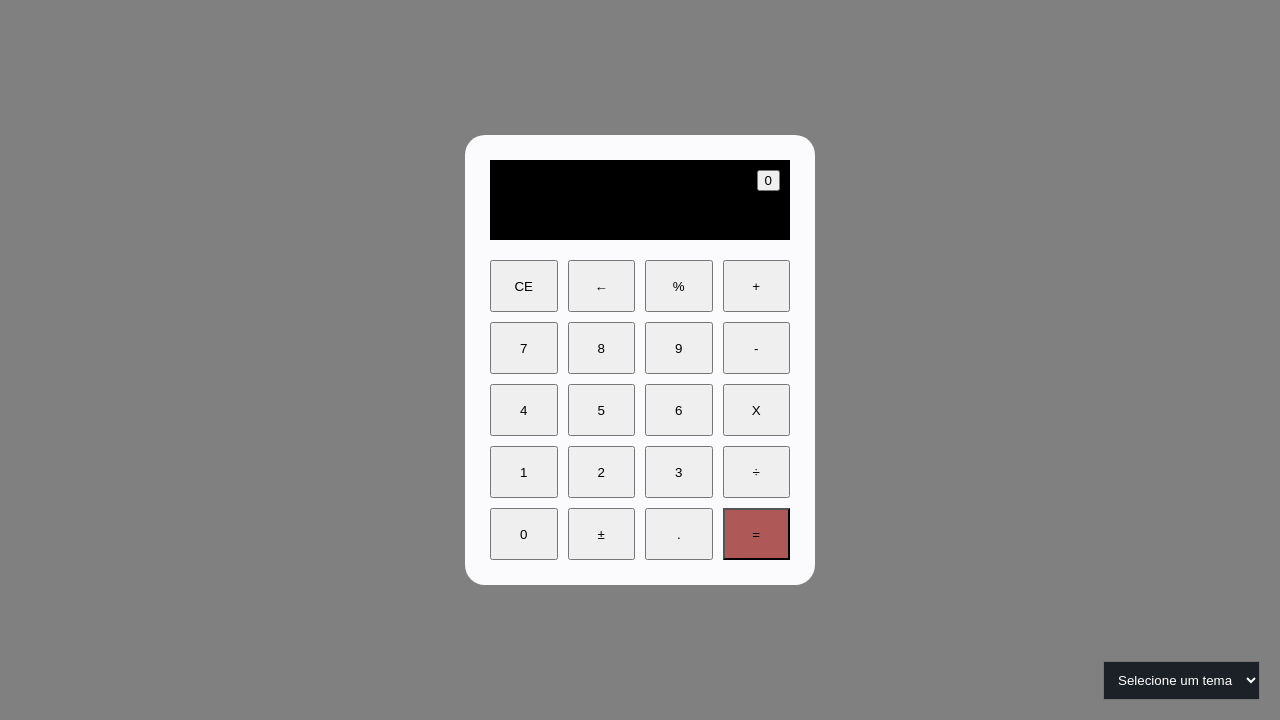
Repository: thislucasme/changing-theme-color-html-css-js
Page: index.html
An editor plug-in stored every save of this project. The page is shown before and after the next save, followed by the edit.
The browser window is 1280 px wide. The pictures show the whole page.

Above is the page before, as saved 2022-06-29 16:15:32.

### index.html
<!DOCTYPE html>
<html lang="pt_BR">

<head>
    <meta charset="UTF-8">
    <meta http-equiv="X-UA-Compatible" content="IE=edge">
    <meta name="viewport" content="width=device-width, initial-scale=1.0">
    <title>Atividade 22 - Calculadora Javascript</title>
    <link href="css/estilo.css" rel="stylesheet"/>
</head>

<body>
    <div class="calculadora">
        <div class="painel">
            <div class="operacao"></div>
            <div class="resultado"></div>
            <button id="resultado" name="resultado">0</button>
        </div>

        <div class="botoes">
            <button class="botao" id="apagar" onclick="limpar(0)">CE</button>
            <button class="botao" id="apagar" onclick="apagarUltimo()">&#8592;</button>
            <button class="botao" id="porcentagem" onclick="porcentagem()">%</button>
            <button class="botao" id="soma" onclick="verificarSinal('+')">+</button>
            <button class="botao" id="sete" onclick="pegarNumero(7)">7</button>
            <button class="botao" id="oito" onclick="pegarNumero(8)">8</button>
            <button class="botao" id="nove" onclick="pegarNumero(9)">9</button>
            <button class="botao" id="subtrair" onclick="verificarSinal('-')">-</button>
            <button class="botao" id="quatro" onclick="pegarNumero(4)">4</button>
            <button class="botao" id="cinco" onclick="pegarNumero(5)">5</button>
            <button class="botao" id="seis" onclick="pegarNumero(6)">6</button>
            <button class="botao" id="multiplicar" onclick="verificarSinal('x')">X</button>
            <button class="botao" id="um" onclick="pegarNumero(1)">1</button>
            <button class="botao" id="dois" onclick="pegarNumero(2)">2</button>
            <button class="botao" id="3" onclick="pegarNumero(3)">3</button>
            <button class="botao" id="dividir" onclick="verificarSinal('/')">&#247;</button>
            <button class="botao" id="0" onclick="pegarNumero(0)">0</button>
            <button class="botao" id="mais/menos" onclick="mudarSinal()">&#177;</button>
            <button class="botao" id="virgula" onclick="colocarPonto()">.</button>
            <button class="botao" id="igual" onclick="darResultado()">=</button>
        </div>
    </div>
    <select name="tema" id="tema" >
        <option value="t">Selecione um tema</option>
        <option value="tema-1">Tema 1</option>
        <option value="tema-2">Tema 2</option>
        <option value="tema-3">Tema 3</option>
        <option value="tema-4">Tema 4</option>
        <option value="tema-5">Tema 5</option>
    </select>
</body>

<script src="js/script.js" ></script>

</html>

### css/estilo.css
body {
    background-color: grey;
}

html {
    margin: 0;
    padding: 0;
    height: 100vh;
    display: flex;
    justify-content: center;
    align-items: center;
}

.theme-light {
    --color-primary: #0060df;
    --color-secondary: #fbfbfe;
    --color-accent: #fd6f53;
    --font-color: #000000;
    --display-color: #000000;
    --cor-botao-igual: rgb(210, 241, 33);
}

.theme-dark {
    --color-primary: #17ed90;
    --color-secondary: #243133;
    --color-accent: #12cdea;
    --font-color: #ffffff;
    --display-color: #000000;
    --cor-botao-igual: rgb(238, 61, 61);
}

.calculadora {
    width: 300px;
    height: 400px;
    background-color: var(--color-secondary);
    border-radius: 20px;
    padding: 25px;
    display: flex;
    flex-direction: column;

}

#igual {
    background-color: rgb(175, 88, 88);
}



.painel {
    height: 80px;
    width: 100%;
    background-color: var(--display-color);
    margin-bottom: 20px;
    font-family: 'LCDMono2 Bold', monospace;
    color: rgba(0, 0, 0, 0.6);
    text-shadow: 4px 4px 3px rgb(0 0 0 / 30%);
    padding: 10px;
    box-sizing: border-box;
    text-align: right;
}

.painel .operacao {
    font-size: 1.5rem;
}

.painel .resultado {
    font-size: 2.5rem;
}

.botoes {

    display: grid;
    grid-template-columns: repeat(4, 1fr);
    grid-template-rows: repeat(5, 1fr);
    gap: 10px;
    flex: 1;
}

.botoes a {

    background-color: #666;
    text-decoration: none;
    color: black;
    text-align: center;
    font-size: 1.5em;
    display: flex;
    justify-content: center;
    align-items: center;
}

.btn-igual {
    grid-row-start: 4;
    grid-row-end: 6;
    grid-column-start: 4;

}

.btn-c {
    grid-column-start: 1;
    grid-column-end: 3;
}

.btn-0 {
    grid-column-start: 1;
    grid-column-end: 3;
}

#tema {
    background-color: rgb(28, 32, 39);
    color: white;
    padding: 10px;
    position: fixed;
    bottom: 20px;
    right: 20px;
}

#tema>option:hover {
    box-shadow: 0 0 10px 100px #a86218 inset;

}

.tema-1 {
    background-color: grey;
}

.tema-1 .botoes a {
    background-color: aquamarine;
    box-shadow: #666;
}

.tema-2 {
    background-color: red;
}

.tema-3 {
    background-color: azul;
}

.tema-4 {
    background-color: aquamarine;
}

@font-face {
    font-family: 'LCDMono2 Bold';
    font-style: normal;
    font-weight: normal;
    src: local('LCDMono2 Bold'), url('../fonts/LCDM2B__.woff') format('woff');
}

### js/script.js
const nmrTela = document.getElementById("resultado")
var valoresEspaco = '';
var valores = []
window.addEventListener("keydown", teclado);



function pegarNumero(numero) {
    if (nmrTela.innerHTML == "0") {
        nmrTela.innerHTML = numero
    }
    else {
        nmrTela.innerHTML += `${numero}`
    }
}

function verificarSinal(sinal) {
    if (valores.length <= 1) {
        valoresEspaco = nmrTela.innerHTML.split(' ')
        valores.push(parseFloat(nmrTela.innerHTML))
        nmrTela.innerHTML += ` ${sinal} `
        valores.push(sinal)
    }
}

function porcentagem() {
    var caracteres = nmrTela.innerHTML.split(' ')
    console.log(caracteres.length, caracteres)
    if (caracteres.length == 3) {
        var valorPorCento = parseFloat(caracteres[2]) / 100
        var caracteresValor2 = caracteres[2].split('')
        if (caracteresValor2.length != 0) {
            if (caracteresValor2[caracteresValor2.length - 1] != "%") {
                nmrTela.innerHTML += '%'
            }
            valores.push(valorPorCento)
        }
    }
}

function colocarPonto() {
    var caracteresDaConta = []
    var caracteresValor1 = []
    var caracteresValor2 = []
    caracteresDaConta.push(nmrTela.innerHTML.trim().split(' '))//separa entre valor 1, operação e valor2
    caracteresValor1.push(caracteresDaConta[0][0].split(''))//separa cada caractere do valor 1

    if (caracteresDaConta[0].length == 3) {
        caracteresValor2.push(caracteresDaConta[0][2].split(''))//se exister 3 posições, separa cada caractere do valor 2
        verificarSeExistePonto(caracteresValor2)
    }

    verificarSeExistePonto(caracteresValor1)

    function verificarSeExistePonto(caracteresValor) {
        for (let i in caracteresValor[0]) {
            if (caracteresValor[0][i] == '.') {
                var acumuladora = '.'
            }
        }

        if (!(acumuladora == '.')) {
            nmrTela.innerHTML += '.'
        }
    }
}

function mudarSinal() {
    const caracteresDaConta = nmrTela.innerHTML.trim().split(' ')
    let caracteresValor1 = caracteresDaConta[0].split('')
    let valor1 = ''
    let valor2 = ''

    if (caracteresDaConta.length == 3) {
        var caracteresValor2 = caracteresDaConta[2].split('')

        if (caracteresValor2[0] == '-') {
            caracteresValor2.shift()
            imprimirValor(caracteresValor2, valor2, caracteresDaConta)
        }
        else {
            caracteresValor2.unshift('-')
            imprimirValor(caracteresValor2, valor2, caracteresDaConta);
        }
    }

    if (valores.length == 0) {
        if (caracteresValor1[0] == "-") {
            caracteresValor1.shift()
            imprimirValor(caracteresValor1, valor1)
        }
        else {
            caracteresValor1.unshift('-')
            imprimirValor(caracteresValor1, valor1)
        }
    }

    function imprimirValor(caracteresValor, valorNumero, caracteresConta) {
        caracteresValor.forEach(valor => {
            valorNumero += valor;
        })
        if (caracteresConta != undefined) {
            nmrTela.innerHTML = `${caracteresConta[0]} ${caracteresConta[1]} ${valorNumero}`
        }
        else {
            nmrTela.innerHTML = valorNumero
        }
    }
}

function darResultado() {
    var resultado = 0
    var operacao = valores[1]
    if (operacao == '-') {
        tratarResultado('-')
    }
    else if (operacao == '+') {
        tratarResultado('+')
    }
    else if (operacao == 'x') {
        tratarResultado('*')
    }
    else if (operacao == '/') {
        tratarResultado('/')
    }
    valores.splice(0, 3)

    function tratarResultado(operacao) {
        valoresEspaco = nmrTela.innerHTML.split(' ')
        valores.push(valoresEspaco[2])
        switch (operacao) {
            case '-':
                resultado = parseFloat(valores[0]) - parseFloat(valores[2])
                limpar(resultado)
                break;
            case '+':
                resultado = parseFloat(valores[0]) + parseFloat(valores[2])
                limpar(resultado)
                break;
            case '*':
                resultado = parseFloat(valores[0]) * parseFloat(valores[2])
                limpar(resultado)
                break;
            case '/':
                resultado = parseFloat(valores[0]) / parseFloat(valores[2])
                limpar(resultado)
                break;
        }
    }
}

function limpar(valor) {
    valores.splice(0, 3)
    nmrTela.innerHTML = valor
}

function apagarUltimo() {
    var caracteres = nmrTela.innerHTML.trim().split('')
    var arrayCaracteresTela = ""
    caracteres.pop()
    for (let i in caracteres) { arrayCaracteresTela += caracteres[i] }
    if ((arrayCaracteresTela == []) || (arrayCaracteresTela == '-')) {
        nmrTela.innerHTML = 0
    }
    else {
        nmrTela.innerHTML = arrayCaracteresTela
    }

    if (caracteres.length == 0) {
        valores.pop()
        valores.pop()
    }
}

function teclado() {
    const numbers = '0123456789'
    const operadores = '+-/x'
    var tecla = event.key
    if (numbers.includes(tecla)) {
        pegarNumero(tecla)
    }
    else if (operadores.includes(tecla)) {
        verificarSinal(tecla)
    }
    else switch (tecla) {
        case '*':
            verificarSinal('x')
            break;
        case '%':
            porcentagem()
            break;
        case '.':
        case ',':
            colocarPonto();
            break;
        case '=':
        case 'Enter':
            darResultado();
            break;
        case 'Backspace':
            apagarUltimo()
            break;
        case 'Escape':
            limpar(0);
            break;
    }
}

const options = document.getElementById("tema");

options.addEventListener("change", function () {
    if (options.value) {
        if (options.value === "tema-1") {
            console.log("tema 1")
        }
        if (options.value === "tema-2") {
            document.getElementsByClassName("calculadora-dois").classList.remove("calculadora-dois");
            document.getElementsByClassName("calculadora-dois").classList.add("calculadora");
        }
        if (options.value === "tema-3") {
            console.log("tema 3")
        }
        if (options.value === "tema-4") {
            console.log("tema 4")
        }
    }
});
function setTheme(themeName) {
    // localStorage.setItem('theme', themeName);
    document.documentElement.className = themeName;
}
setTheme('theme-light');

After the next save:
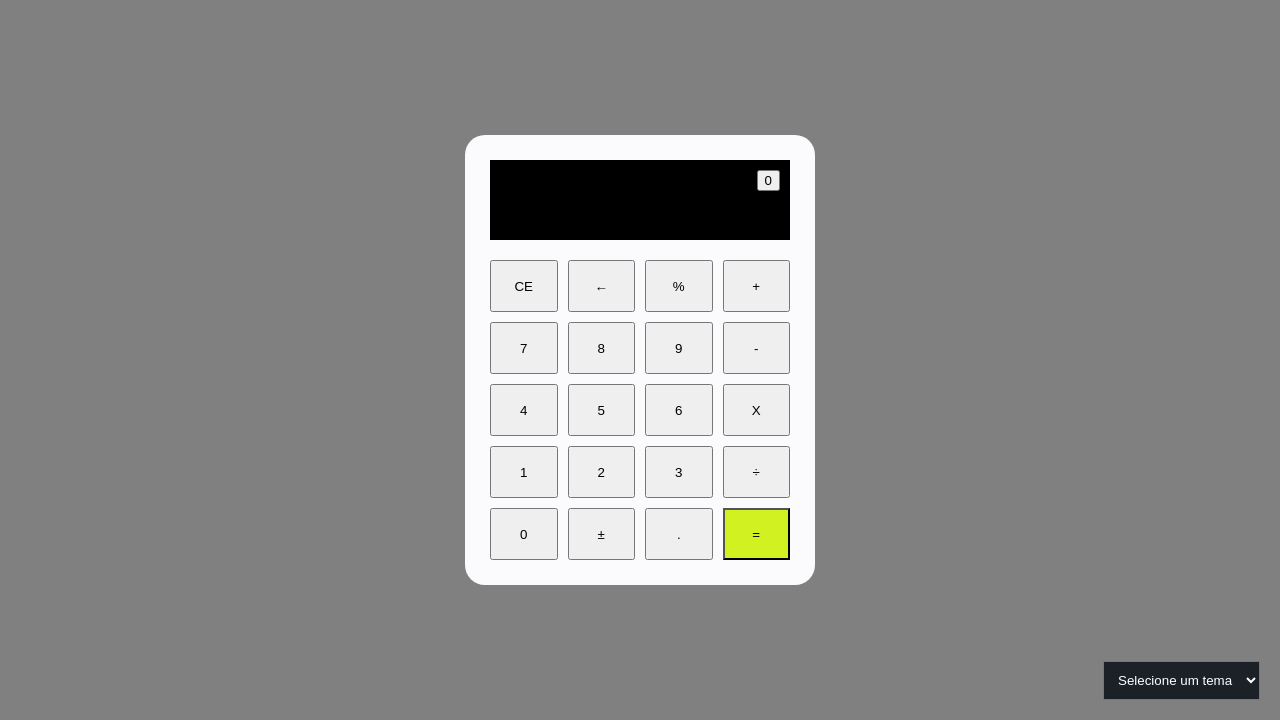
Saved 14 s later.
--- a/css/estilo.css
+++ b/css/estilo.css
@@ -41,7 +41,7 @@ html {
 }
 
 #igual {
-    background-color: rgb(175, 88, 88);
+    background-color: var(--cor-botao-igual);
 }
 
 
